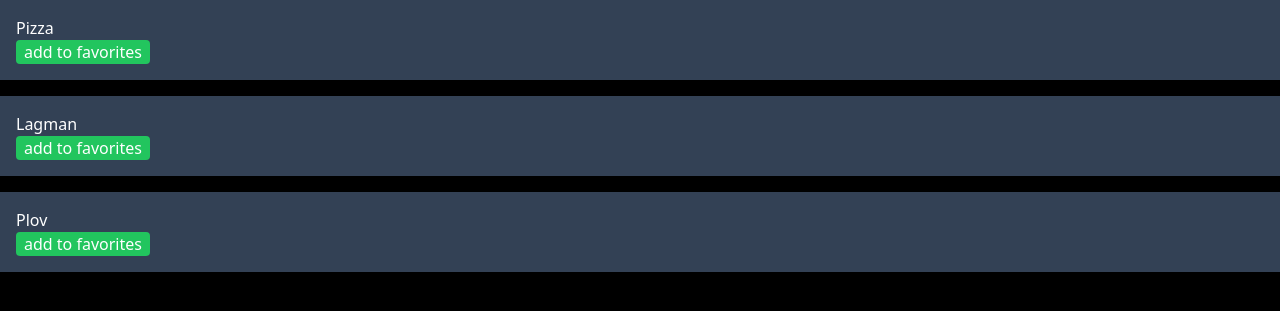
Repository: Nurlan-Bakenbaev/redux-tools
Page: /
These files come from the project's save history. The page is drawn as it stood at one moment and after a run of saves; the edit follows.
The browser window is 1280 px wide. The pictures show the whole page.
The project was rebuilt for these pictures with package versions that can differ from the ones it lists, and the page was loaded fresh each time. Also part of the build but not shown: vite.config.js.

Above is the page before, as saved 2023-10-22 22:15:48.

After the next 2 saves:
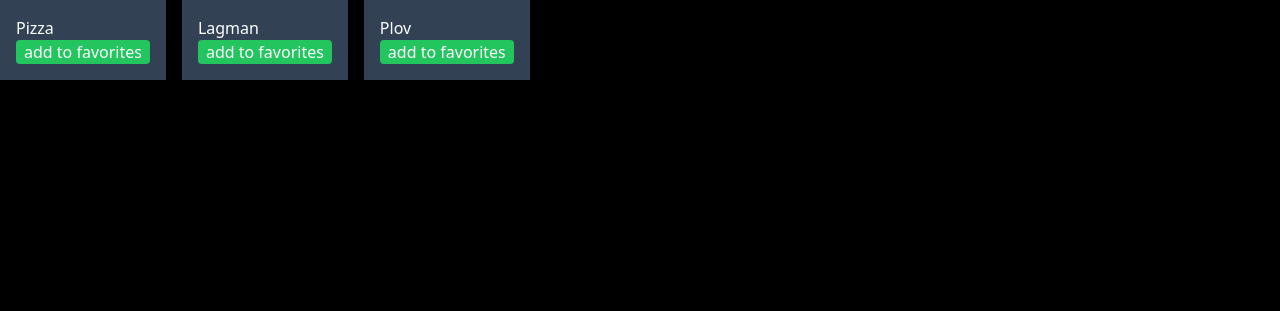
The 2 saves are shown as one change because they came seconds apart.
The last was saved 13 s later.
--- a/src/App.jsx
+++ b/src/App.jsx
@@ -3,7 +3,7 @@ import RicipeItem from "./RicipeItem";
 function App() {
   return (
     <>
-      <div className="flex flex-col gap-4 ">
+      <div className="flex flex-row gap-4 ">
         <RicipeItem recipe={{ id: 1, name: "Pizza" }} />
         <RicipeItem recipe={{ id: 2, name: "Lagman" }} />
         <RicipeItem recipe={{ id: 3, name: "Plov" }} />
